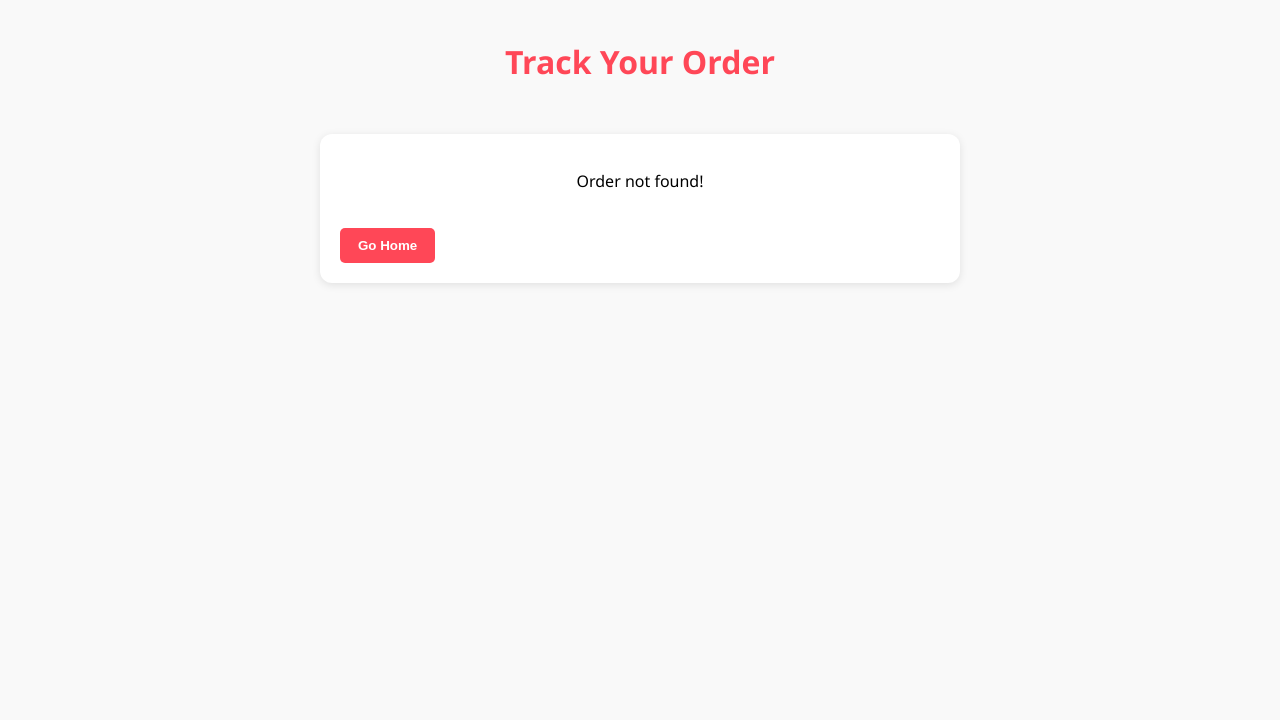
Repository: srinithiashoka/FoodDeliveryApp
Page: http://localhost/FoodDeliveryApp/trackorder.jsp
These files come from the project's save history. The page is drawn as it stood at one moment and after the next save; the edit follows.
The browser window is 1280 px wide. The pictures show the whole page.
The page is served by Tomcat 10. Other server files are loaded and not shown.

Above is the page before, as saved 2025-12-03 15:05:48.

### FoodDeliveryApp/src/main/webapp/trackorder.jsp
<%@ page language="java" contentType="text/html; charset=UTF-8" pageEncoding="UTF-8"%>
<%@ page import="com.foodapp.dao.impl.OrderDAOImpl" %>
<%@ page import="com.foodapp.model.Order" %>
<%@ page import="com.foodapp.model.User" %>
<%@ page import="jakarta.servlet.http.HttpSession" %>

<%
    User user = (User) session.getAttribute("user"); // session is implicit
    int orderId = 0;

    String orderParam = request.getParameter("orderId");
    if(orderParam != null){
        try { orderId = Integer.parseInt(orderParam); }
        catch(NumberFormatException e){ orderId = 0; }
    }

    Order order = null;
    if(orderId > 0) {
        OrderDAOImpl orderDAO = new OrderDAOImpl();
        order = orderDAO.getOrderById(orderId);
    }
%>

<!DOCTYPE html>
<html lang="en">
<head>
<meta charset="UTF-8">
<title>Track Order</title>
<style>
body { font-family:"Segoe UI",sans-serif; background:#f9f9f9; margin:0; padding:0; display:flex; flex-direction:column; align-items:center; }
h1 { color:#ff4757; margin-top:40px; }
.order-container { background:#fff; padding:20px; margin-top:30px; border-radius:12px; box-shadow:0 2px 8px rgba(0,0,0,0.1); width:90%; max-width:600px; }
.order-row { display:flex; justify-content:space-between; margin:10px 0; font-size:1rem; }
.order-status { font-weight:bold; color:#2ed573; }
.btn { margin-top:20px; padding:10px 18px; background:#ff4757; color:white; border:none; border-radius:5px; cursor:pointer; font-weight:bold; transition:background 0.3s; }
.btn:hover { background:#ff6b81; }

/* Toast */
#toast {
    visibility:hidden;
    min-width:180px;
    max-width:300px;
    background-color:#2ed573;
    color:white;
    text-align:center;
    border-radius:8px;
    padding:12px 16px;
    position:fixed;
    z-index:9999;
    top:20px;
    right:20px;
    font-size:14px;
    opacity:0;
    transition:opacity 0.3s, visibility 0.3s;
    box-shadow:0 2px 6px rgba(0,0,0,0.2);
}
#toast.show { visibility:visible; opacity:1; }
</style>
</head>
<body>

<div id="toast"></div>

<h1>Track Your Order</h1>

<div class="order-container">
<% if(order != null){ %>
    <div class="order-row"><span>Order ID:</span><span>#<%= order.getOrderId() %></span></div>
    <div class="order-row"><span>Restaurant ID:</span><span>#<%= order.getRestaurantId() %></span></div>
    <div class="order-row"><span>Order Date:</span><span><%= order.getOrderDate() %></span></div>
    <div class="order-row"><span>Total Amount:</span><span>₹<%= String.format("%.2f", order.getTotalAmount()) %></span></div>
    <div class="order-row"><span>Payment Mode:</span><span><%= order.getPaymentMode() %></span></div>
    <div class="order-row"><span>Status:</span><span class="order-status" id="orderStatus"><%= order.getStatus() %></span></div>
    <button class="btn" onclick="window.location.href='home.jsp'">Back to Home</button>
<% } else { %>
    <p style="text-align:center;">Order not found!</p>
    <button class="btn" onclick="window.location.href='home.jsp'">Go Home</button>
<% } %>
</div>

<script>
// Show toast only if order exists
<% if(order != null){ %>
const toast = document.getElementById('toast');
toast.innerText = "Tracking Order #<%= order.getOrderId() %>";
toast.className = 'show';
setTimeout(() => { toast.className = toast.className.replace('show',''); }, 3000);
<% } %>
</script>

</body>
</html>

### FoodDeliveryApp/src/main/webapp/css/menu.css
/* =======================
   RESET & GENERAL
====================== */
* {margin:0;padding:0;box-sizing:border-box;font-family:"Segoe UI",Tahoma,Geneva,Verdana,sans-serif;}
a {text-decoration:none;color:inherit;}
body {display:flex;flex-direction:column;min-height:100vh;background:#f9f9f9;color:#333;}
.container {width:90%;max-width:1200px;margin:auto;}

/* HEADER */
header {background:#ff4757;padding:12px 0;color:white;position:sticky;top:0;z-index:100;box-shadow:0 2px 5px rgba(0,0,0,0.1);}
.navbar {display:flex;justify-content:space-between;align-items:center;}
.logo {display:flex;align-items:center;gap:8px;font-weight:700;transition:transform 0.5s ease,color 0.5s ease;}
.logo:hover {transform:rotate(-5deg) scale(1.05);color:#ffeaa7;}
.scooter-icon {font-size:28px;animation:bounce 2s infinite;color:white;}
@keyframes bounce {0%,100%{transform:translateY(0);}50%{transform:translateY(-6px);}}
.nav-menu {display:flex;list-style:none;gap:20px;}
.nav-menu li a {font-weight:bold;color:white;transition:color 0.3s;}
.nav-menu li a:hover {color:#ffeaa7;}
.nav-actions {display:flex;align-items:center;gap:12px;}
.btn {padding:8px 16px;border:none;border-radius:5px;cursor:pointer;font-weight:bold;transition:background 0.3s, transform 0.2s;}
.btn-login, .btn-signup {background:#2ed573;color:white;}
.btn-login:hover, .btn-signup:hover {background:#26c35e;transform:scale(1.05);}
.cart-icon-wrapper {position:relative;}
.cart-badge {position:absolute;top:-5px;right:-7px;background:#ff4757;color:white;font-size:12px;padding:2px 6px;border-radius:50%;}

/* MENU ITEMS */
.menu-container {padding:50px 0;max-width:900px;margin:auto;}
.menu-item {display:flex;align-items:center;margin-bottom:20px;padding:12px;border-bottom:1px solid #eee;}
.menu-image {background:#fff;padding:8px;border-radius:12px;width:120px;height:120px;flex-shrink:0;display:flex;align-items:center;justify-content:center;margin-right:20px;}
.menu-image img {width:100%;height:100%;object-fit:cover;border-radius:12px;}
.menu-content {flex:1;}
.menu-header {display:flex;justify-content:space-between;align-items:center;}
.menu-header h3 {margin:0;font-size:1.2rem;color:#ff4757;}
.menu-description {margin:5px 0 8px 0;color:#555;}
.menu-price {font-weight:bold;margin-bottom:8px;}

/* Quantity Controls */
.quantity-controls {display:flex;align-items:center;gap:8px;margin-top:6px;flex-wrap:wrap;}
.quantity-input-display {width:40px;height:36px;text-align:center;border-radius:5px;border:1px solid #ccc;background:#f7f7f7;font-size:0.9rem;flex-shrink:0;}
.qty-btn {border:none;background:#ddd;padding:6px 10px;border-radius:5px;cursor:pointer;font-weight:bold;font-size:0.85rem;display:flex;align-items:center;justify-content:center;flex-shrink:0;}
.qty-btn:hover {background:#bbb;}
.qty-btn.clear {background:#ff6b81;color:#fff;font-size:0.85rem;padding:0 12px;}
.btn-add {background:#2ed573;color:white;border:none;padding:0 16px;border-radius:5px;cursor:pointer;font-weight:bold;font-size:0.95rem;transition:background 0.3s;height:36px;display:flex;align-items:center;justify-content:center;}
.btn-add:hover {background:#26c35e;}
.qty-btn.clear, .btn-add {height:36px;}

.back-link {display:inline-block;margin-bottom:20px;font-size:1rem;color:#0a3d62;}
.back-link:hover {text-decoration:underline;}
.menu-title {text-align:center;margin-bottom:20px;color:#ff4757;}
.no-menu-items {text-align:center;color:red;width:100%;}

/* Toast */
#toast {visibility:hidden;min-width:150px;max-width:220px;background-color:#2ed573;color:white;text-align:center;border-radius:8px;padding:12px;position:fixed;z-index:9999;top:20px;right:20px;font-size:14px;opacity:0;transition:opacity 0.3s, visibility 0.3s;box-shadow:0 2px 6px rgba(0,0,0,0.2);}
#toast.show {visibility:visible;opacity:1;}

/* FOOTER */
footer {background:#2f3542;color:white;text-align:center;padding:20px 0;font-size:0.85rem;margin-top:auto;}

/* RESPONSIVE */
@media(max-width:768px){.nav-menu{display:none;}.menu-item{flex-direction:column;align-items:flex-start;}.menu-image{width:100%;height:200px;margin-bottom:12px;}.quantity-controls{flex-wrap:wrap;gap:6px;}.btn-add, .qty-btn.clear{flex:1 1 100%;}}

After the next save:
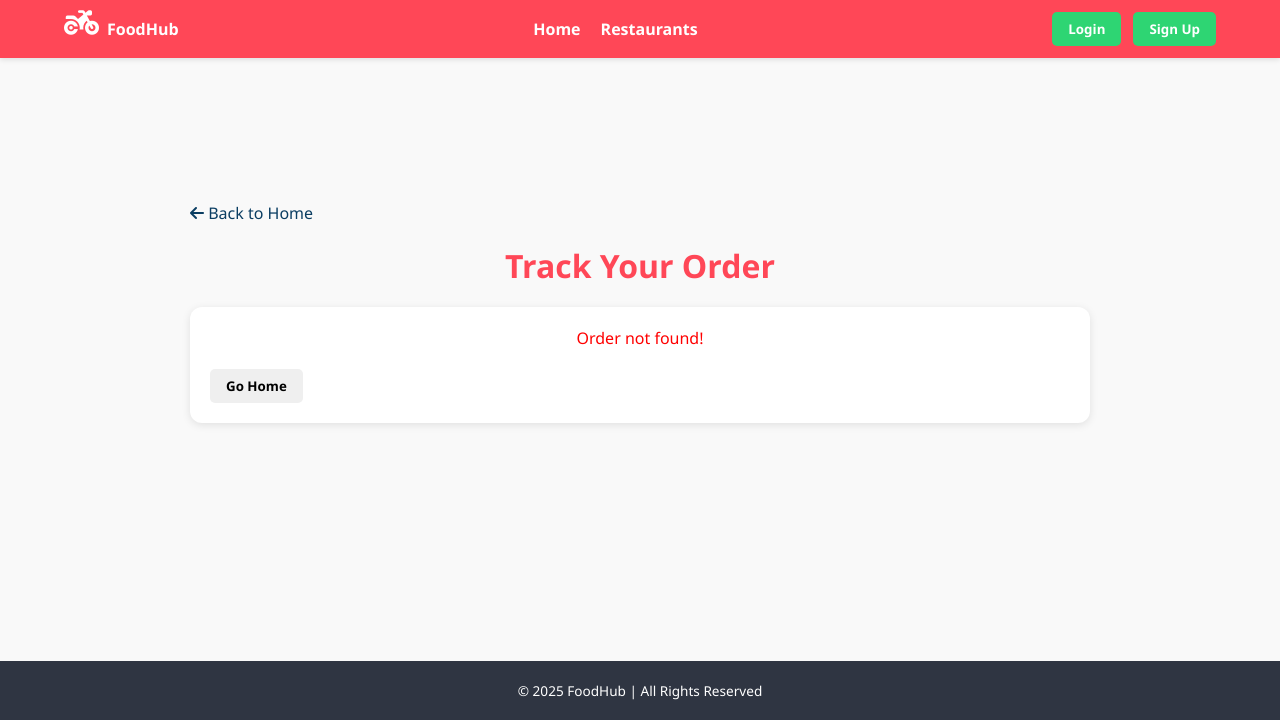
Saved 2 min 15 s later.
--- a/FoodDeliveryApp/src/main/webapp/trackorder.jsp
+++ b/FoodDeliveryApp/src/main/webapp/trackorder.jsp
@@ -2,12 +2,12 @@
 <%@ page import="com.foodapp.dao.impl.OrderDAOImpl" %>
 <%@ page import="com.foodapp.model.Order" %>
 <%@ page import="com.foodapp.model.User" %>
-<%@ page import="jakarta.servlet.http.HttpSession" %>
 
 <%
-    User user = (User) session.getAttribute("user"); // session is implicit
+    User user = (User) session.getAttribute("user");
+    Integer userId = (user != null) ? user.getUserId() : null;
+
     int orderId = 0;
-
     String orderParam = request.getParameter("orderId");
     if(orderParam != null){
         try { orderId = Integer.parseInt(orderParam); }
@@ -15,7 +15,7 @@
     }
 
     Order order = null;
-    if(orderId > 0) {
+    if(orderId > 0){
         OrderDAOImpl orderDAO = new OrderDAOImpl();
         order = orderDAO.getOrderById(orderId);
     }
@@ -25,66 +25,93 @@
 <html lang="en">
 <head>
 <meta charset="UTF-8">
-<title>Track Order</title>
-<style>
-body { font-family:"Segoe UI",sans-serif; background:#f9f9f9; margin:0; padding:0; display:flex; flex-direction:column; align-items:center; }
-h1 { color:#ff4757; margin-top:40px; }
-.order-container { background:#fff; padding:20px; margin-top:30px; border-radius:12px; box-shadow:0 2px 8px rgba(0,0,0,0.1); width:90%; max-width:600px; }
-.order-row { display:flex; justify-content:space-between; margin:10px 0; font-size:1rem; }
-.order-status { font-weight:bold; color:#2ed573; }
-.btn { margin-top:20px; padding:10px 18px; background:#ff4757; color:white; border:none; border-radius:5px; cursor:pointer; font-weight:bold; transition:background 0.3s; }
-.btn:hover { background:#ff6b81; }
-
-/* Toast */
-#toast {
-    visibility:hidden;
-    min-width:180px;
-    max-width:300px;
-    background-color:#2ed573;
-    color:white;
-    text-align:center;
-    border-radius:8px;
-    padding:12px 16px;
-    position:fixed;
-    z-index:9999;
-    top:20px;
-    right:20px;
-    font-size:14px;
-    opacity:0;
-    transition:opacity 0.3s, visibility 0.3s;
-    box-shadow:0 2px 6px rgba(0,0,0,0.2);
-}
-#toast.show { visibility:visible; opacity:1; }
-</style>
+<meta name="viewport" content="width=device-width, initial-scale=1.0">
+<title>Track Order - FoodHub</title>
+<link rel="stylesheet" href="https://cdnjs.cloudflare.com/ajax/libs/font-awesome/6.5.0/css/all.min.css">
+<link rel="stylesheet" href="css/menu.css">
 </head>
 <body>
 
+<!-- HEADER -->
+<header>
+    <div class="container">
+        <div class="navbar">
+            <div class="logo">
+                <i class="fa-solid fa-motorcycle scooter-icon"></i>
+                <span>FoodHub</span>
+            </div>
+            <ul class="nav-menu">
+                <li><a href="home.jsp">Home</a></li>
+                <li><a href="home.jsp">Restaurants</a></li>
+            </ul>
+            <div class="nav-actions">
+                <% if(user == null) { %>
+                    <button class="btn btn-login" onclick="location.href='login.jsp'">Login</button>
+                    <button class="btn btn-signup" onclick="location.href='signup.jsp'">Sign Up</button>
+                <% } else { %>
+                    <span>Welcome, <%= user.getUsername() %></span>
+                <% } %>
+            </div>
+        </div>
+    </div>
+</header>
+
+<!-- MAIN CONTENT -->
+<div class="container menu-container">
+    <a href="home.jsp" class="back-link"><i class="fa fa-arrow-left"></i> Back to Home</a>
+    <h1 class="menu-title">Track Your Order</h1>
+
+    <div class="order-container" style="background:#fff; padding:20px; border-radius:12px; box-shadow:0 2px 8px rgba(0,0,0,0.1);">
+    <% if(order != null){ %>
+        <div class="order-row" style="display:flex; justify-content:space-between; margin:10px 0;">
+            <span>Order ID:</span>
+            <span>#<%= order.getOrderId() %></span>
+        </div>
+        <div class="order-row" style="display:flex; justify-content:space-between; margin:10px 0;">
+            <span>Restaurant ID:</span>
+            <span>#<%= order.getRestaurantId() %></span>
+        </div>
+        <div class="order-row" style="display:flex; justify-content:space-between; margin:10px 0;">
+            <span>Order Date:</span>
+            <span><%= order.getOrderDate() %></span>
+        </div>
+        <div class="order-row" style="display:flex; justify-content:space-between; margin:10px 0;">
+            <span>Total Amount:</span>
+            <span>₹<%= String.format("%.2f", order.getTotalAmount()) %></span>
+        </div>
+        <div class="order-row" style="display:flex; justify-content:space-between; margin:10px 0;">
+            <span>Payment Mode:</span>
+            <span><%= order.getPaymentMode() %></span>
+        </div>
+        <div class="order-row" style="display:flex; justify-content:space-between; margin:10px 0;">
+            <span>Status:</span>
+            <span class="order-status" id="orderStatus" style="font-weight:bold; color:#2ed573;"><%= order.getStatus() %></span>
+        </div>
+        <button class="btn" onclick="window.location.href='home.jsp'" style="margin-top:20px;">Back to Home</button>
+    <% } else { %>
+        <p class="no-menu-items" style="text-align:center;">Order not found!</p>
+        <button class="btn" onclick="window.location.href='home.jsp'" style="margin-top:20px;">Go Home</button>
+    <% } %>
+    </div>
+</div>
+
+<!-- Toast -->
 <div id="toast"></div>
 
-<h1>Track Your Order</h1>
-
-<div class="order-container">
-<% if(order != null){ %>
-    <div class="order-row"><span>Order ID:</span><span>#<%= order.getOrderId() %></span></div>
-    <div class="order-row"><span>Restaurant ID:</span><span>#<%= order.getRestaurantId() %></span></div>
-    <div class="order-row"><span>Order Date:</span><span><%= order.getOrderDate() %></span></div>
-    <div class="order-row"><span>Total Amount:</span><span>₹<%= String.format("%.2f", order.getTotalAmount()) %></span></div>
-    <div class="order-row"><span>Payment Mode:</span><span><%= order.getPaymentMode() %></span></div>
-    <div class="order-row"><span>Status:</span><span class="order-status" id="orderStatus"><%= order.getStatus() %></span></div>
-    <button class="btn" onclick="window.location.href='home.jsp'">Back to Home</button>
-<% } else { %>
-    <p style="text-align:center;">Order not found!</p>
-    <button class="btn" onclick="window.location.href='home.jsp'">Go Home</button>
-<% } %>
-</div>
+<!-- FOOTER -->
+<footer>
+    <div class="container">
+        <p>© 2025 FoodHub | All Rights Reserved</p>
+    </div>
+</footer>
 
 <script>
-// Show toast only if order exists
+// Show toast if order exists
 <% if(order != null){ %>
-const toast = document.getElementById('toast');
-toast.innerText = "Tracking Order #<%= order.getOrderId() %>";
-toast.className = 'show';
-setTimeout(() => { toast.className = toast.className.replace('show',''); }, 3000);
+    const toast = document.getElementById('toast');
+    toast.innerText = "Tracking Order #<%= order.getOrderId() %>";
+    toast.classList.add('show');
+    setTimeout(()=>toast.classList.remove('show'), 3000);
 <% } %>
 </script>
 
